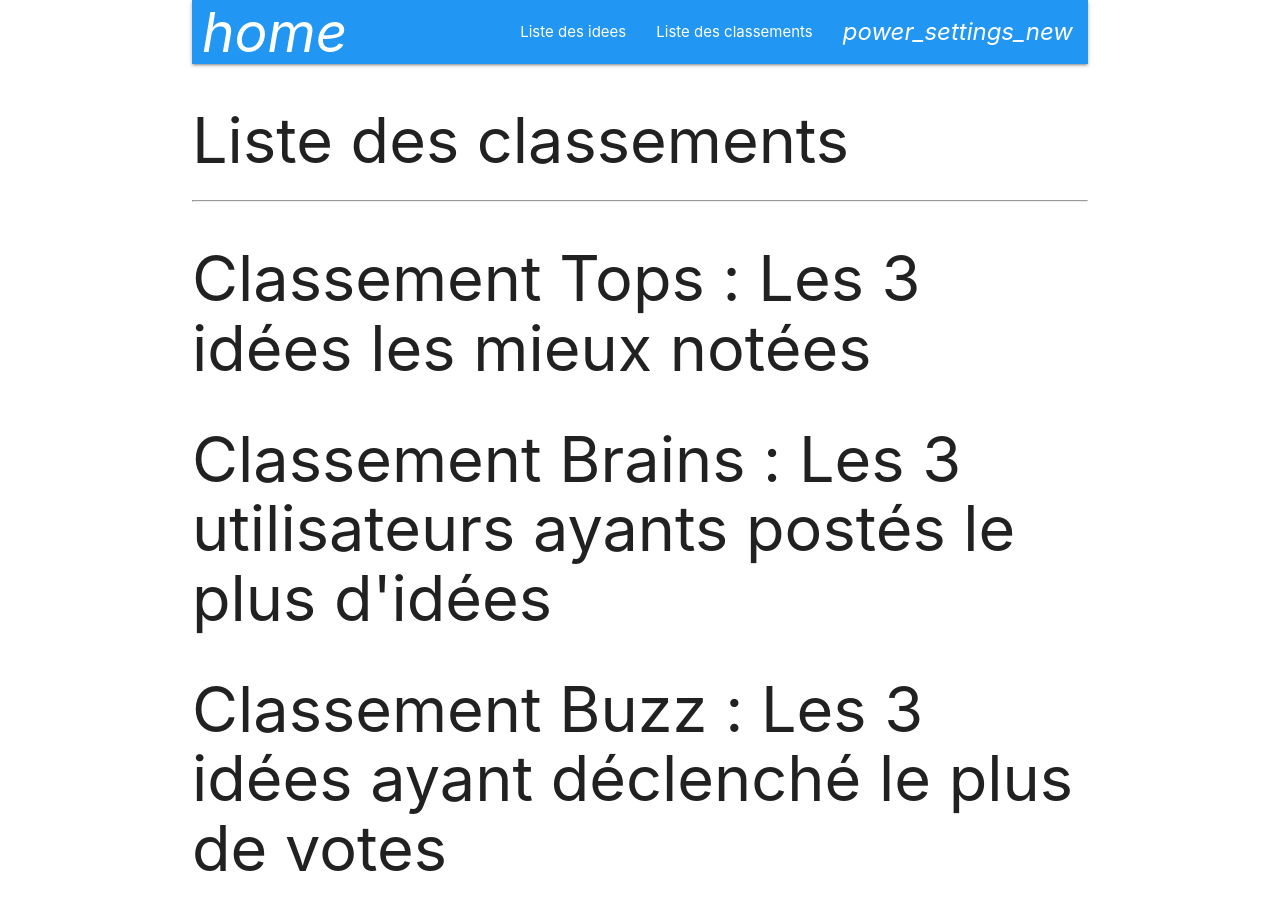
Repository: thdal/Atelier_JEE_16_02
Page: http://localhost/Atelier_JEE_16_02/WEB-INF/pages/classement/ListClassement.jsp
The author's editor kept a copy of each file at every save. The page is drawn from the files as they stood at one save, then again after the next save.
The browser window is 1280 px wide. The pictures show the whole page.
The page is served by Tomcat 9. Nobody is signed in. Other server files are loaded and not shown. The template is opened directly, without the code that normally fills it, so the values that code supplies are empty.

Above is the page before, as saved 2021-02-26 04:41:40.

### Atelier_JEE_16_02/src/main/webapp/WEB-INF/pages/classement/ListClassement.jsp
<%@ page language="java" contentType="text/html; charset=ISO-8859-1"
    pageEncoding="ISO-8859-1"%>
<!DOCTYPE html>
<html>
<head>
<meta charset="ISO-8859-1">
<title>Insert title here</title>
</head>
<body>
<div class="container">
<%@ include file="../commons/MenuNavBar.jsp" %>
<h1>Liste des classements</h1>
<hr>

<h1>Classement Tops : Les 3 idées les mieux notées</h1>

<h1>Classement Brains : Les 3 utilisateurs ayants postés le plus d'idées</h1>

<h1>Classement Buzz : Les 3 idées ayant déclenché le plus de votes</h1>

</div>
</body>
</html>

### Atelier_JEE_16_02/src/main/webapp/WEB-INF/pages/commons/MenuNavBar.jsp
<head>
    <link rel="stylesheet" href="https://cdnjs.cloudflare.com/ajax/libs/materialize/1.0.0/css/materialize.min.css">
	  <link href="https://fonts.googleapis.com/icon?family=Material+Icons" rel="stylesheet">
	   <%@ taglib prefix="c" uri="http://java.sun.com/jsp/jstl/core" %>

</head>

 <nav class="blue">
    <div class="nav-wrapper">
      <a href="home" class="brand-logo"><i style="margin-left:10px; font-size:55px" class="large material-icons">home</i></a>
      <ul id="nav-mobile" class="right hide-on-med-and-down">
        <c:if test="${ sessionScope.Admin }">
        	<li><a href="user?action=list">Liste des utilisateurs</a></li>
    	</c:if>
        <li><a href="idees?action=list">Liste des idees</a></li>
        <li><a href="classements?action=list">Liste des classements</a></li>
        <li><a href="connexion"><i class="material-icons prefix">power_settings_new</i></a></li>

        <!-- <li><a href="users?action=list">Liste des utilisateurs</a></li>  -->
      </ul>
    </div>
  </nav>

    <script src="https://cdnjs.cloudflare.com/ajax/libs/materialize/1.0.0/js/materialize.min.js"></script>

After the next save:
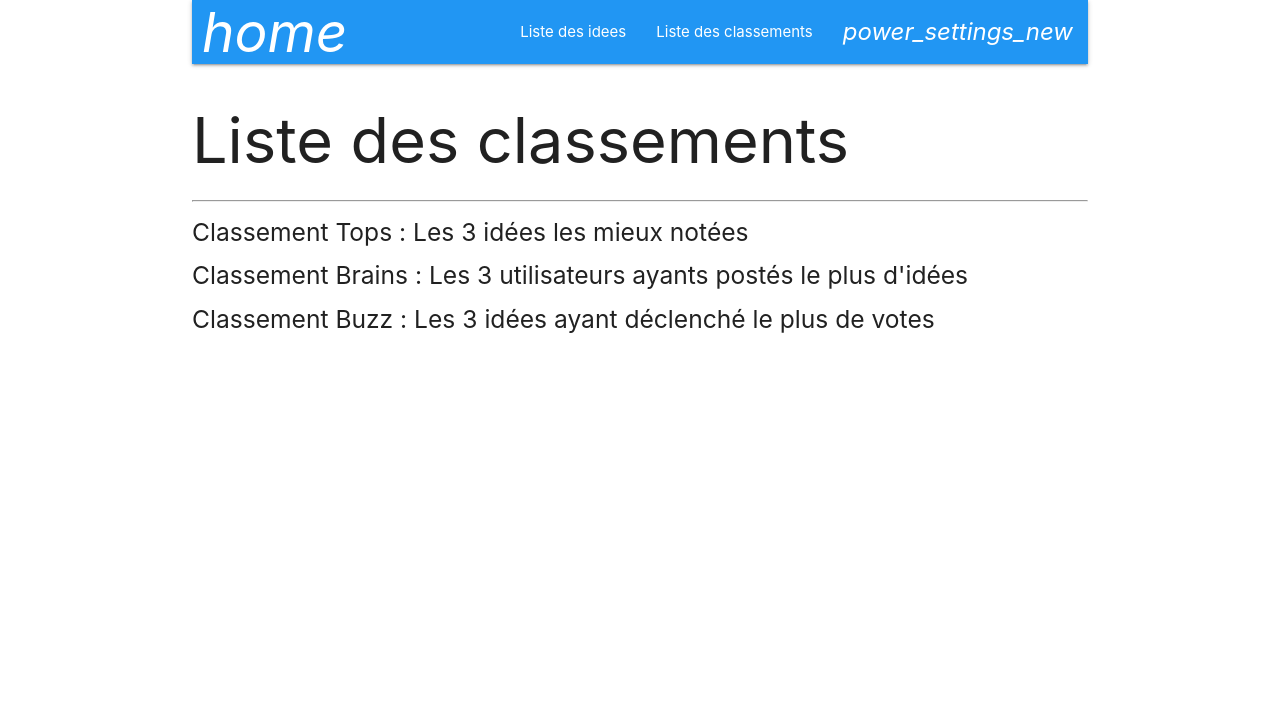
Saved 63 s later.
--- a/Atelier_JEE_16_02/src/main/webapp/WEB-INF/pages/classement/ListClassement.jsp
+++ b/Atelier_JEE_16_02/src/main/webapp/WEB-INF/pages/classement/ListClassement.jsp
@@ -12,11 +12,11 @@
 <h1>Liste des classements</h1>
 <hr>
 
-<h1>Classement Tops : Les 3 idées les mieux notées</h1>
+<h5>Classement Tops : Les 3 idées les mieux notées</h5>
 
-<h1>Classement Brains : Les 3 utilisateurs ayants postés le plus d'idées</h1>
+<h5>Classement Brains : Les 3 utilisateurs ayants postés le plus d'idées</h5>
 
-<h1>Classement Buzz : Les 3 idées ayant déclenché le plus de votes</h1>
+<h5>Classement Buzz : Les 3 idées ayant déclenché le plus de votes</h5>
 
 </div>
 </body>
